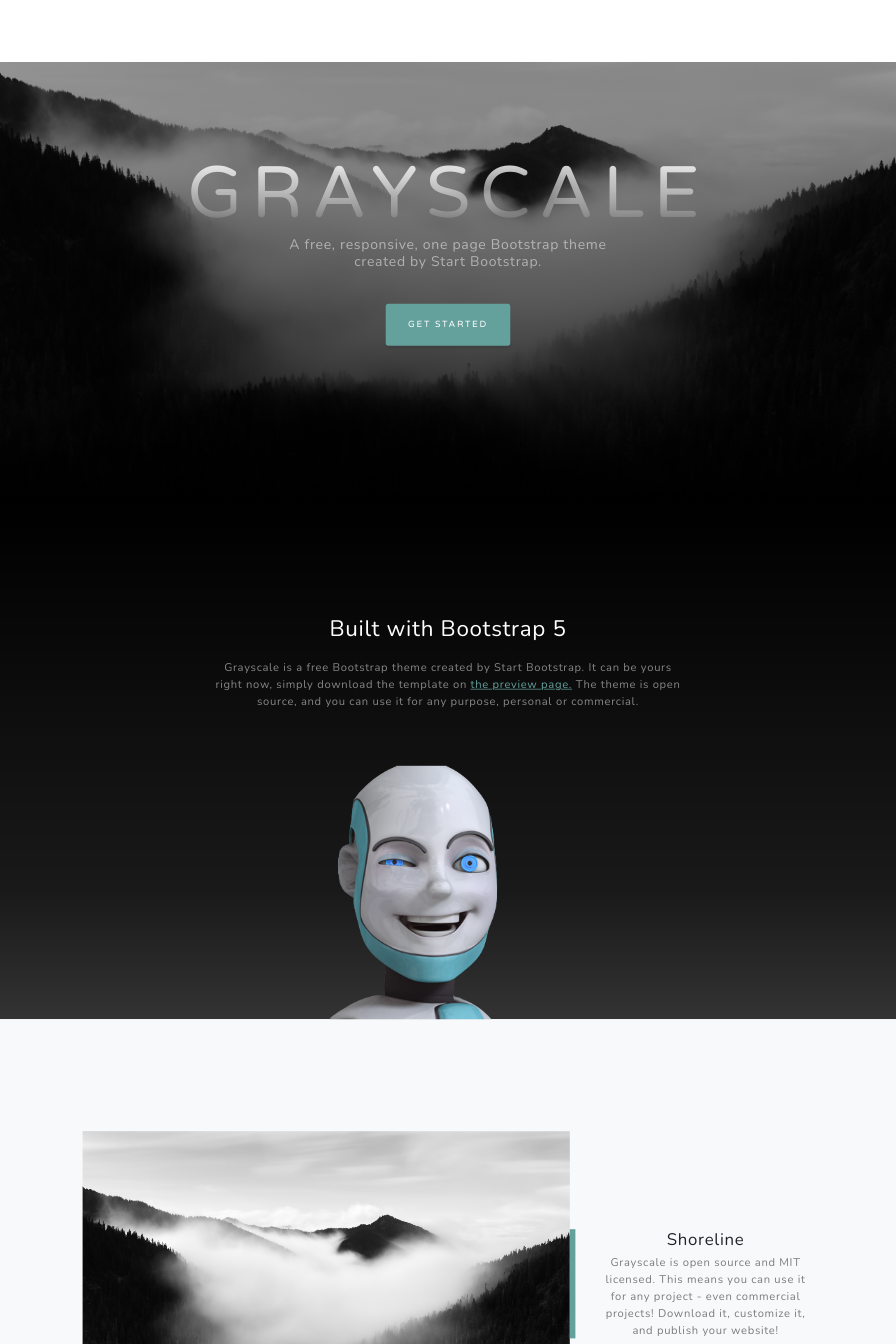
Repository: seyicoded/ico_one
Page: docs/index.html
An editor plug-in stored every save of this project. The page is shown before and after the next save, followed by the edit.
The browser window is 1280 px wide. The pictures show the part of the page from y = 0 to 1920 px (the page is 4101 px tall), at 70% of full size.

Above is the page before, as saved 2022-02-13 15:22:30.

After the next save:
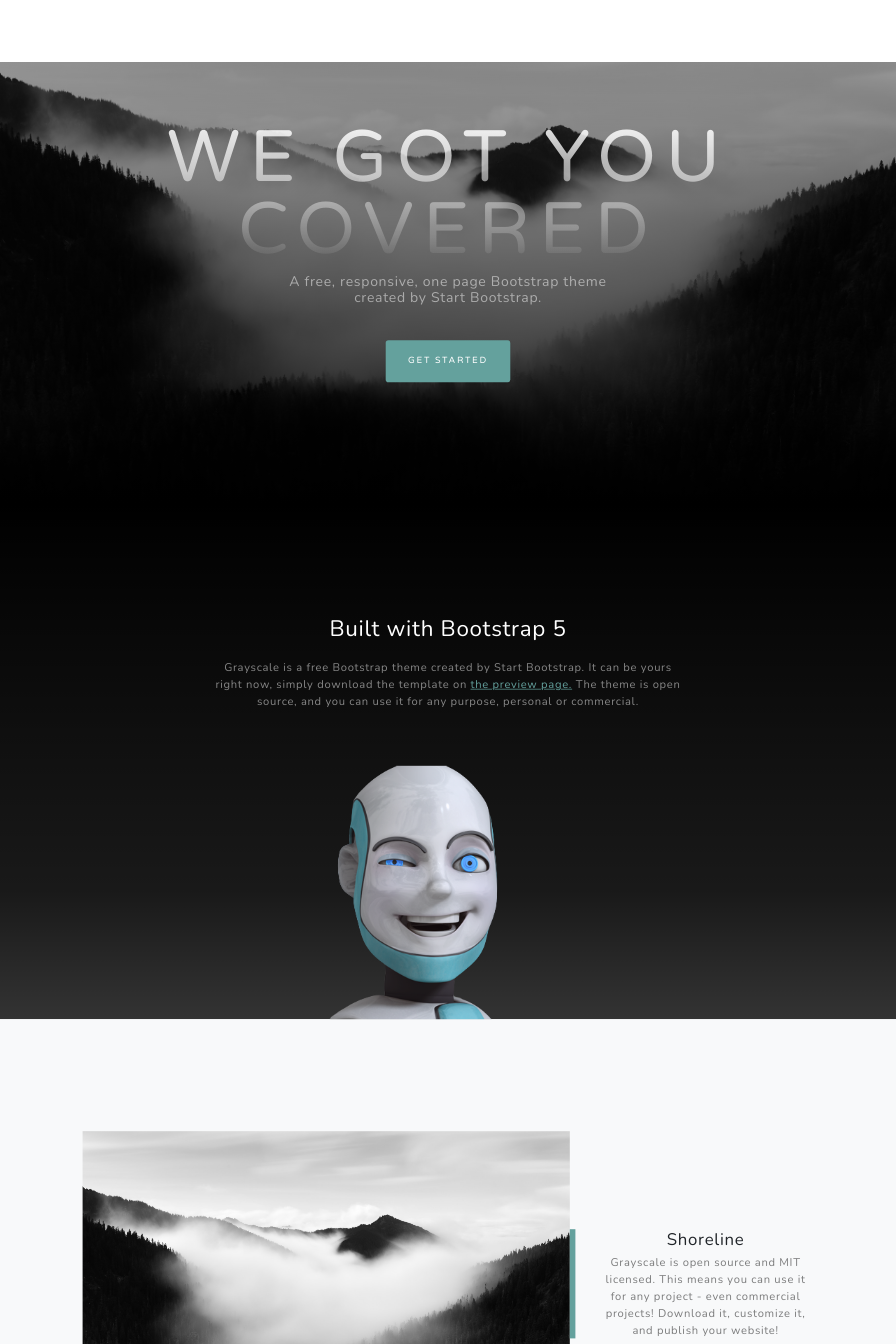
Saved 5 min 38 s later.
--- a/docs/index.html
+++ b/docs/index.html
@@ -38,7 +38,7 @@
             <div class="container px-4 px-lg-5 d-flex h-100 align-items-center justify-content-center">
                 <div class="d-flex justify-content-center">
                     <div class="text-center">
-                        <h1 class="mx-auto my-0 text-uppercase">Grayscale</h1>
+                        <h1 class="mx-auto my-0 text-uppercase">We Got You Covered</h1>
                         <h2 class="text-white-50 mx-auto mt-2 mb-5">A free, responsive, one page Bootstrap theme created by Start Bootstrap.</h2>
                         <a class="btn btn-primary" href="#about">Get Started</a>
                     </div>
